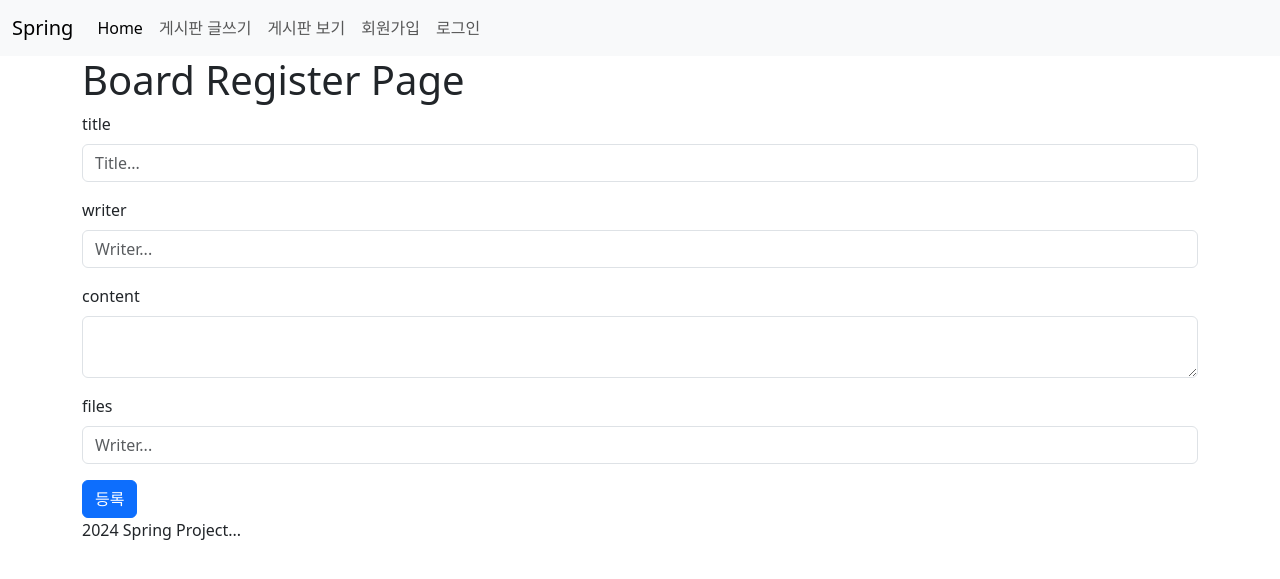
Repository: wanted2001/jsp_project
Page: http://localhost/spring_study/WEB-INF/views/board/register.jsp
These files come from the project's save history. The page is drawn as it stood at one moment and after the next save; the edit follows.
The browser window is 1280 px wide. The pictures show the whole page.
The page is served by Tomcat 9. Nobody is signed in. The template is opened directly, without the code that normally fills it, so the values that code supplies are empty.

Above is the page before, as saved 2024-04-29 01:18:05.

### spring_study/src/main/webapp/WEB-INF/views/board/register.jsp
<%@ page language="java" contentType="text/html; charset=UTF-8"
    pageEncoding="UTF-8"%>
<jsp:include page="../layout/header.jsp" />
<div class="container-md">
		<h1>Board Register Page</h1>
	<form action="/board/insert" method="post" enctype="multipart/form-data">
		<div class="mb-3">
	  		<label for="t" class="form-label">title</label>
	  		<input type="text" class="form-control" name="title" id="t" placeholder="Title...">
		</div>
		<div class="mb-3">
	  		<label for="w" class="form-label">writer</label>
	  		<input type="text" class="form-control" name="writer" id="w" placeholder="Writer..." value="${ses.id }">
		</div>
		<div class="mb-3">
  			<label for="c" class="form-label">content</label>
  			<textarea class="form-control" id="c" name="content" aria-label="With textarea"></textarea>
		</div>
		<!-- 파일 추가 -->
		<div class="mb-3">
	  		<label for="file" class="form-label">files</label>
	  		<input type="text" class="form-control" name="writer" id="w" placeholder="Writer..." value="${ses.id }">
		</div>
		<button type="submit" class="btn btn-primary">등록</button>
	</form>
</div>
<jsp:include page="../layout/footer.jsp" />

### spring_study/src/main/webapp/WEB-INF/views/layout/header.jsp
<%@ page language="java" contentType="text/html; charset=UTF-8"
	pageEncoding="UTF-8"%>
<%@taglib uri="http://java.sun.com/jsp/jstl/core" prefix="c"%>

<!DOCTYPE html>
<html>
<head>
<meta charset="UTF-8">
<title>header.jsp</title>
<link
	href="https://cdn.jsdelivr.net/npm/bootstrap@5.3.3/dist/css/bootstrap.min.css"
	rel="stylesheet"
	integrity="sha384-QWTKZyjpPEjISv5WaRU9OFeRpok6YctnYmDr5pNlyT2bRjXh0JMhjY6hW+ALEwIH"
	crossorigin="anonymous">
<script
	src="https://cdn.jsdelivr.net/npm/bootstrap@5.3.3/dist/js/bootstrap.bundle.min.js"
	integrity="sha384-YvpcrYf0tY3lHB60NNkmXc5s9fDVZLESaAA55NDzOxhy9GkcIdslK1eN7N6jIeHz"
	crossorigin="anonymous"></script>
</head>
<body>
	<nav class="navbar navbar-expand-lg bg-body-tertiary">
		<div class="container-fluid">
			<a class="navbar-brand" href="#">Spring</a>
			<button class="navbar-toggler" type="button"
				data-bs-toggle="collapse" data-bs-target="#navbarSupportedContent"
				aria-controls="navbarSupportedContent" aria-expanded="false"
				aria-label="Toggle navigation">
				<span class="navbar-toggler-icon"></span>
			</button>
			<div class="collapse navbar-collapse" id="navbarSupportedContent">
				<ul class="navbar-nav me-auto mb-2 mb-lg-0">
					<li class="nav-item"><a class="nav-link active"
						aria-current="page" href="/">Home</a></li>
					<li class="nav-item"><a class="nav-link"
						href="/board/register">게시판 글쓰기</a></li>
					<li class="nav-item"><a class="nav-link" href="/board/list">게시판
							보기</a></li>
					<c:if test="${ses.id eq null}">
						<!-- 조건문이 조건이 맞으면 실행이니까 맞지 않으니 실행 안함. -->
						<li class="nav-item"><a class="nav-link"
							href="/member/register">회원가입</a></li>
						<li class="nav-item"><a class="nav-link" href="/member/login">로그인</a>
						</li>
					</c:if>
					<c:if test="${ses.id ne null }">
						<li class="nav-item"><a class="nav-link"
							href="/member/logout">로그아웃</a></li>
						<li class="nav-item"><a class="nav-link"
							href="/member/modify">${ses.id }(${ses.email }) welcome!!</a></li>
					</c:if>
				</ul>
			</div>
		</div>
	</nav>

### spring_study/src/main/webapp/WEB-INF/views/layout/footer.jsp
<%@ page language="java" contentType="text/html; charset=UTF-8"
    pageEncoding="UTF-8"%>
<div class="container-md">
	2024 Spring Project...
</div>

</body>
</html>

After the next save:
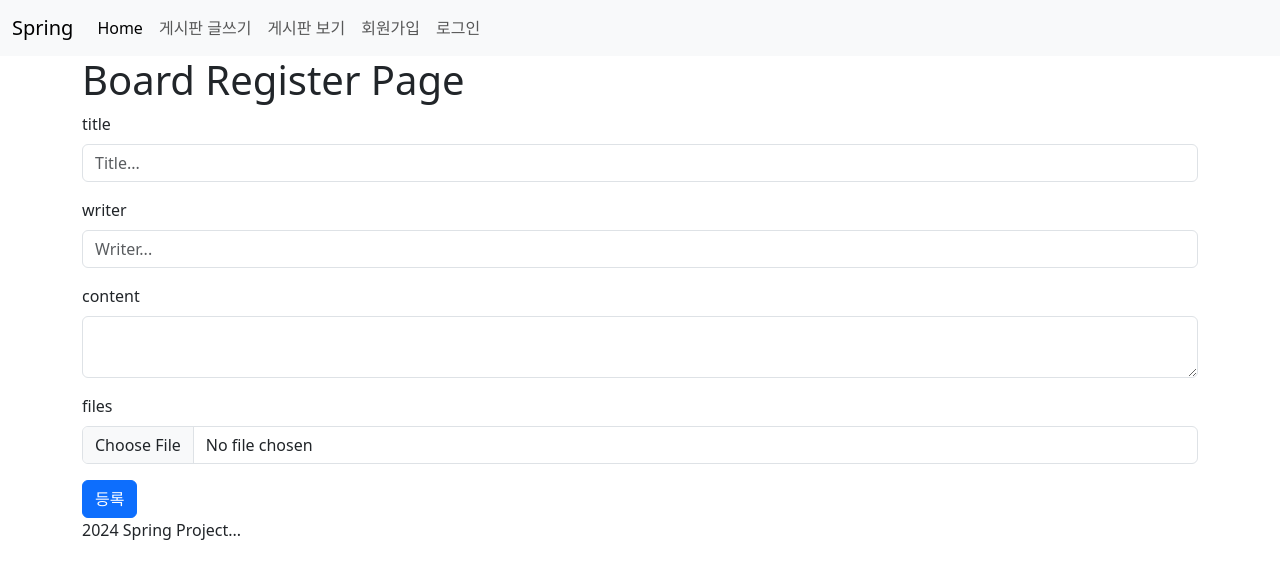
Saved 20 s later.
--- a/spring_study/src/main/webapp/WEB-INF/views/board/register.jsp
+++ b/spring_study/src/main/webapp/WEB-INF/views/board/register.jsp
@@ -19,7 +19,7 @@
 		<!-- 파일 추가 -->
 		<div class="mb-3">
 	  		<label for="file" class="form-label">files</label>
-	  		<input type="text" class="form-control" name="writer" id="w" placeholder="Writer..." value="${ses.id }">
+	  		<input type="file" class="form-control" name="files" id="w">
 		</div>
 		<button type="submit" class="btn btn-primary">등록</button>
 	</form>
